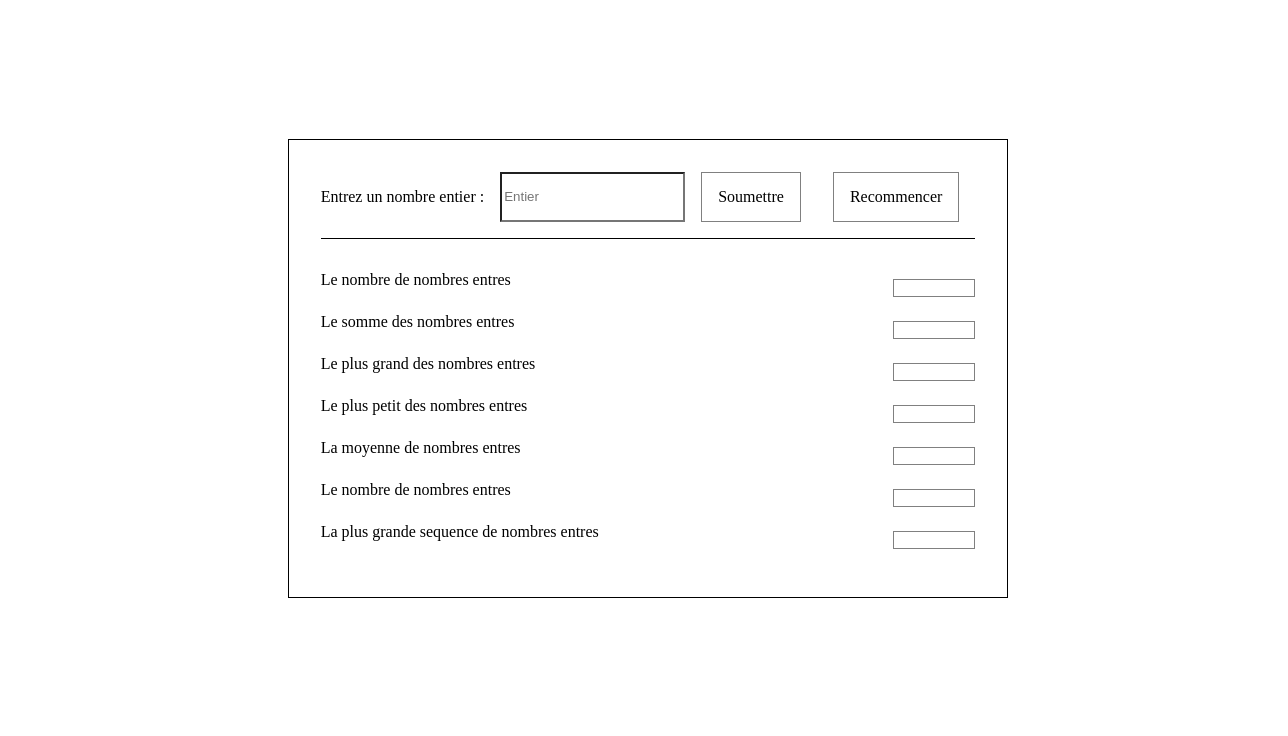
Repository: Thomas088/asbl-proforma
Page: exercices/js/ex-01/index.html
The author's editor kept a copy of each file at every save. The page is drawn from the files as they stood at one save, then again after the next save.
The browser window is 1280 px wide. The page is 1288 px wide, so the pictures cover 1288 px, including what lies to the right of the window. The pictures show the whole page.

Above is the page before, as saved 2020-03-20 02:00:08.

### exercices/js/ex-01/index.html
<!DOCTYPE html>
<html lang="en">
<head>
    <meta charset="UTF-8">
    <meta name="viewport" content="width=device-width, initial-scale=1.0">
    <link rel="stylesheet" href="./style.css">
    <title>Numbers</title>
</head>
<body>

    <div class="tableau">
        <div class="entry-user">
            <p>Entrez un nombre entier :</p>
            <input type="number" name="entry" class="user-entry" placeholder="Entier">
            <div class="submit-number">Soumettre</div>
            <div class="restart">Recommencer</div>
        </div>

        <div class="entries">
            <div class="total-entries">
                <span>Le nombre de nombres entres</span>
                <div class="result total-entries-result"></div>
            </div>

            <div class="sum-entries">
                <span>Le somme des nombres entres</span>
                <div class="result sum-entries-result"></div>
            </div>

            <div class="max-entries">
                <span>Le plus grand des nombres entres</span>
                <div class="result max-entries-result"></div>
            </div>

            <div class="min-entries">
                <span>Le plus petit des nombres entres</span>
                <div class="result"></div>
            </div>

            <div class="avarage-entries">
                <span>La moyenne de nombres entres</span>
                <div class="result min-entries-result"></div>
            </div>

            <div class="list-of-entries">
                <span>Le nombre de nombres entres</span>
                <div class="result list-of-entries-result"></div>
            </div>

            <div class="sequence-entries">
                <span>La plus grande sequence de nombres entres</span>
                <div class="result sequence-entriesresult"></div>
            </div>
        </div>
    </div>

    <script src="./index.js"></script>
</body>
</html>

### exercices/js/ex-01/style.css
body {
    width: 100vw;
    height: 100vh;
    display: flex;
    justify-content: center;
    align-items: center;
}

.tableau {
    border: 1px solid #000;
    padding: 2em;
}

.entry-user {
    display: flex;
    padding-bottom: 1rem;
    margin-bottom: 2rem;;
    border-bottom: 1px solid #000;
}

.entry-user p {
    padding-right: 1em;
}

.user-entry {
    outline: none;
    appearance: none;
}

.submit-number, .restart {
    display: flex;
    justify-content: center;
    align-items: center;
    border: 1px solid gray;
    margin: 0 1rem;
    padding: 0 1rem;
    cursor: pointer;
}

.result {
    width: 5rem;
    height: 1rem;
    border: 1px solid gray;
}

.entries div {
    display: flex;
    justify-content: space-between;
    margin: 0.5rem 0;
}

### exercices/js/ex-01/index.js
window.addEventListener("DOMContentLoaded", function () {



})

After the next save:
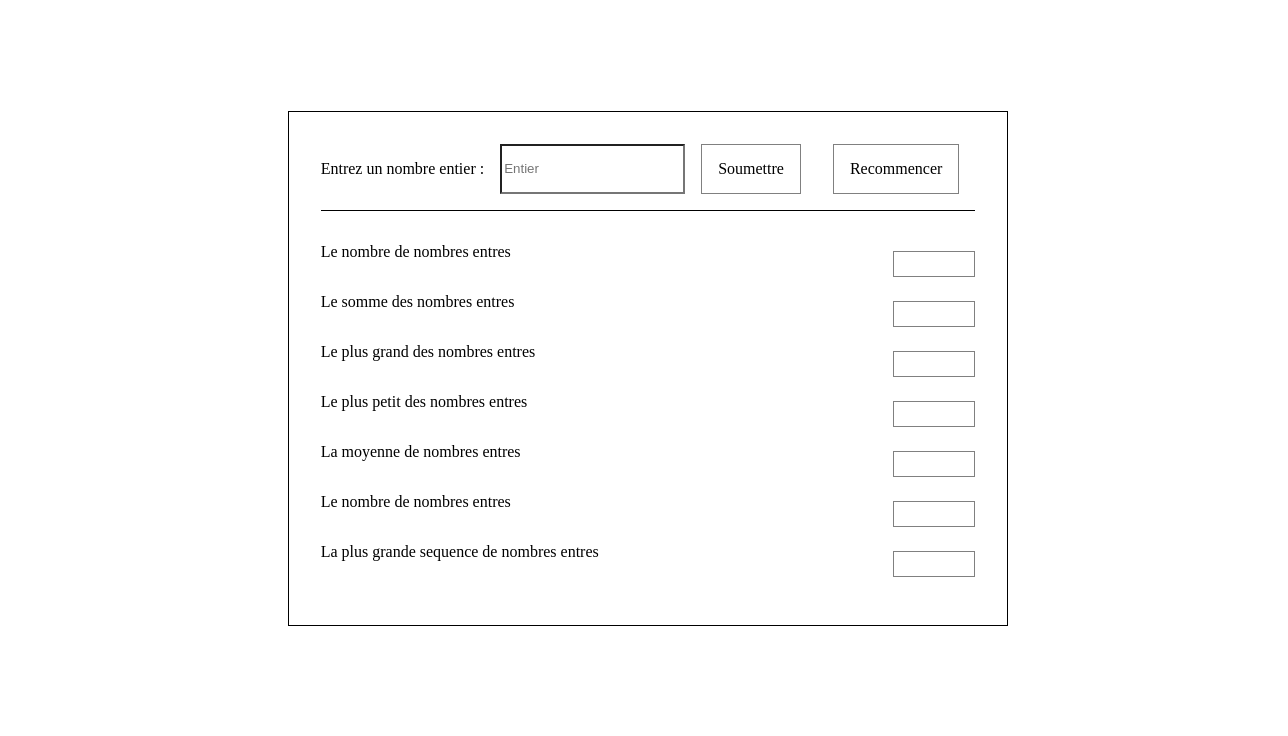
Saved 110 s later.
--- a/exercices/js/ex-01/style.css
+++ b/exercices/js/ex-01/style.css
@@ -39,7 +39,7 @@ body {
 
 .result {
     width: 5rem;
-    height: 1rem;
+    height: 1.5rem;
     border: 1px solid gray;
 }
 
